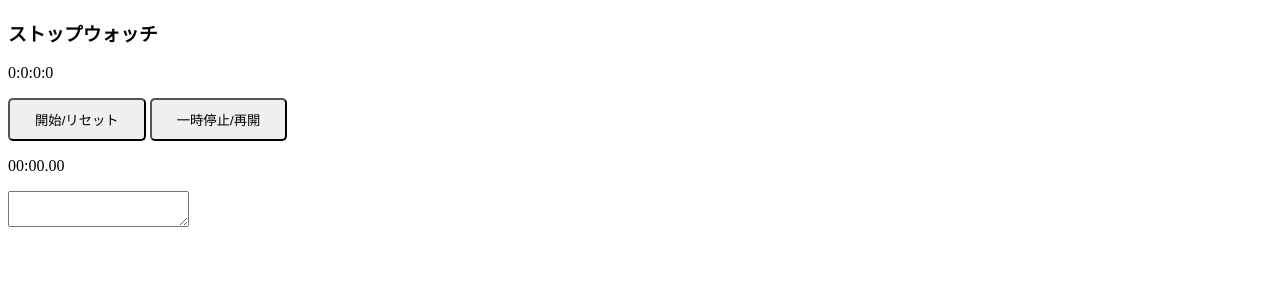
Repository: syokaturyou/potepan
Page: stop.html
The author's editor kept a record of every edit. The page is drawn from the files as they stood at one moment, then again after the next edit.
The browser window is 1280 px wide. The pictures show the whole page.

Above is the page before.
Console error: TypeError: Cannot read properties of null (reading 'addEventListener')

### stop.html
   <!DOCTYPE html>
    <html lang="en">
      <head>
        <meta charset="utf-8">
        <!--<script src="https://code.jquery.com/jquery-3.2.1.js" integrity="sha256-DZAnKJ/6XZ9si04Hgrsxu/8s717jcIzLy3oi35EouyE=" crossorigin="anonymous"></script>  -->
        <link rel="stylesheet" href="css/main.css">
        <title>ストップウォッチ</title>
        <script src="javascript/jquery.min.js"></script>
        <script type="text/javascript" src="javascript/main.js" charset="utf-8"></script>
      </head>

      <body>
        <h3>ストップウォッチ</h3>

       <table>
          <tr>
            0:0:0:0
          </tr>
          <!--<tr>-->
          <!--  <th><button class="buttona">スタート</button></th>-->
          <!--  <th><button class="buttonb">ストップ</button></th>-->
          <!--  <th><button class="buttonc">リセット</button></th>-->
          <!--</tr>-->
          <p><button id="start">開始/リセット</button>
             <button id="pause">一時停止/再開</button>
             <!--<button id="wrap">ラップ</button>-->
          </p>
          <p id="watchArea"></p>
          <textarea id="wrapArea"></textarea>
        </table>

      </body>
    </html>

### css/main.css
table{
  background-color: white;
}
 input {
  padding: 10px 25px;
  border-radius: 5px;
}
 button{
  padding: 10px 25px;
  border-radius: 5px;
 }

 .display {
  width: 250px;
  text-align: right; /* 文字を右詰めに */
  background: black;
  color: white;
}

### javascript/main.js

    //  function get_calc(btn) {
    //   if(btn.value == "=") {
    //     document.dentaku.display.value = eval(document.dentaku.display.value);
    //   } else if (btn.value == "AC") {
    //     document.dentaku.display.value = "";
    //   } else {
    //     document.dentaku.display.value += btn.value;
    //   }
    // };

    //   function get_calc(btn) {
    //   if(btn.value == "=") {
    //     document.dentaku.display.value = eval(document.dentaku.display.value);
    //   } else if (btn.value == "AC") {
    //     document.dentaku.display.value = "";
    //   } else {
    //     if (btn.value == "×") {
    //       btn.value = "*";
    //     } else if (btn.value == "÷") {
    //       btn.value = "/";
    //     }
    //     document.dentaku.display.value += btn.value;
    //     document.dentaku.multi_btn.value = "×";
    //     document.dentaku.div_btn.value = "÷";
    //   }
    // };

     // $(document).ready(function(){
  //     $(".button0").click(function() {
  //     let value = $(".button0").text(); //テキストを取得し変数に入れています
  //     $(".target").text(value); //テキストを変更する処理
  //     });

  //     $(".button1").click(function() {
  //     let value1 = 1;
  //     let value = value + value1
  //     $(".target").text(value);
  //     });

  //     $(".button2").click(function() {
  //     let value2 = 2;
  //     let value = value + value2
  //      $(".target").text(value);
  //     });

  //     $(".button3").click(function() {
  //     let value = 3;
  //      $(".target").text(value);
  //     });

  //     $(".button4").click(function() {
  //     let value = 4;
  //      $(".target").text(value);
  //     });

  //     $(".button5").click(function() {
  //     let value = $(".button5").number();
  //      $(".target").number(value);
  //     });

  //     $(".button6").click(function() {
  //     let value = $(".button6").text();
  //      $(".target").text(value);
  //     });

  //     $(".button7").click(function() {
  //     let value = $(".button7").text();
  //      $(".target").text(value);
  //     });

  //     $(".button8").click(function() {
  //     let value = $(".button8").text();
  //      $(".target").text(value);
  //     });

  //     $(".button9").click(function() {
  //     let value = $(".button9").text();
  //      $(".target").text(value);
  //     });

  //     $(".buttonreset").click(function() {
  //      $(".target").text(0);
  //     });

  // });

  function update( _v ) {
        document.querySelector( 'input' ).value = _v // input tag を更新する関数
    }
  function append( _v ) {
        document.querySelector( 'input' ).value += _v // 数字ボタンが押されたので数字を後ろに追加する
    }
  function calc() {
        const v = document.querySelector( 'input' ).value // 「＝」ボタンが押されたので計算する
    try {
        const f = new Function( 'return ' + v )
        update( f().toString() )
        } catch( _error ) {
          update( _error ) // 計算に失敗した場合は、そのエラーの内容を表示する
        }
    }




  "use strict";

window.addEventListener( "DOMContentLoaded" , ()=> {
    /**
     * @param watchCallBack 経過時間報告用コールバック
     * @param wrapCallBack ラップ報告用コールバック
     */
    const getStopWatch = function ( watchCallBack , wrapCallBack ){
        let accumulatedTime = 0,    // 積算時間
            currentTime=null,       // タイマー開示タイムスタンプ
            timerId=null;           // setInterval() の返り値

            // リセット処理
        const reset = () =>{
            timerOff(); accumulatedTime = 0; currentTime=null;
                // リセットされたことをnullで通知
            watchCallBack( null ); wrapCallBack ( null );
        };
            // 開始処理
        const start = () =>{ currentTime = Date.now();timerOn(); };
            // 一時停止処理
        const pause = () =>{
                // これまでの経過時間を退避
            accumulatedTime = getNowTime();
            timerOff();
            currentTime = null;
        };
            // 再開処理
        const resume = () =>start();
            // ラップ報告処理
        const wrap = () =>wrapCallBack( getNowTime() );
            // 経過時間の算出
        const getNowTime = () =>accumulatedTime + Date.now() - currentTime;

            // タイマー停止処理
        const timerOff = () => {
            if( timerId === null ) return;
            clearInterval(timerId);
            timerId = null;
        };
            // タイマー開始処理
        const timerOn = () => {
            if( timerId !== null ) clearTimeout(timerId);
            timerId = setInterval(()=>watchCallBack( getNowTime() ),10);
        };

        reset();

            // 必要な機能だけ返す
        return Object.freeze({
            start:()=> currentTime === null && accumulatedTime === 0 ?   start()  : reset(),
            pause:()=> currentTime === null ? ( accumulatedTime === 0 ? false : resume() ) : pause(),
            wrap:()=> currentTime === null ?  false : wrap(),
        });
    };

        // ミリ秒を画面表示する形式に変換
    const timeString = time =>`${
        Math.floor(time / 60000).toString().padStart(2,"00")
    }:${
        Math.floor(time % 60000 / 1000).toString().padStart(2,"00")
    }.${
        Math.floor(time % 1000).toString().padStart(3,"000").slice(0,2)
    }`;

    const watchArea = document.getElementById("watchArea");
    const wrapArea = document.getElementById("wrapArea");

    const stopWatchObj = getStopWatch(
         time => watchArea.textContent = time === null ? "00:00.00" : timeString( time ) ,
         time => wrapArea.value = time === null ? "" : wrapArea.value + "\n" + timeString( time )
    );

    const buttonDefine = [
            { id:"start" , listener:()=>stopWatchObj.start() },
            { id:"pause" , listener:()=>stopWatchObj.pause() },
            { id:"wrap"  , listener:()=>stopWatchObj.wrap()  }
        ];
    buttonDefine.forEach( e => document.getElementById(e.id).addEventListener("click",e.listener));
});

Loaded but not shown: javascript/jquery.min.js (library)

After the next edit:
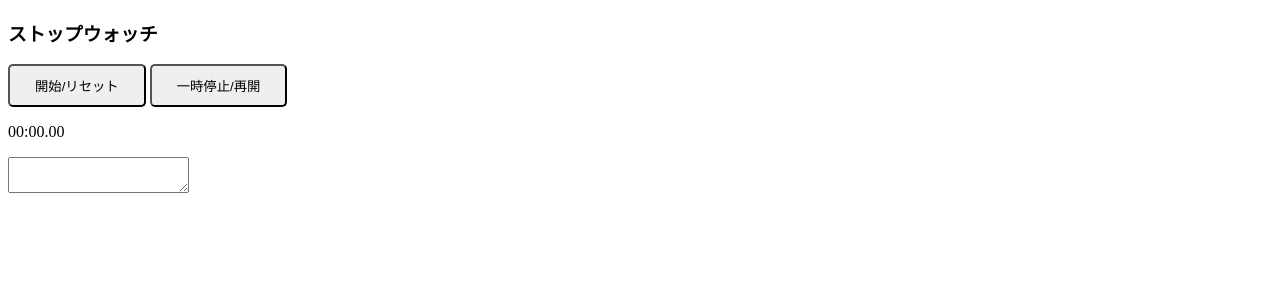
The edit:
--- a/stop.html
+++ b/stop.html
@@ -13,9 +13,9 @@
         <h3>ストップウォッチ</h3>
 
        <table>
-          <tr>
-            0:0:0:0
-          </tr>
+          <!--<tr>-->
+          <!--  0:0:0:0-->
+          <!--</tr>-->
           <!--<tr>-->
           <!--  <th><button class="buttona">スタート</button></th>-->
           <!--  <th><button class="buttonb">ストップ</button></th>-->
